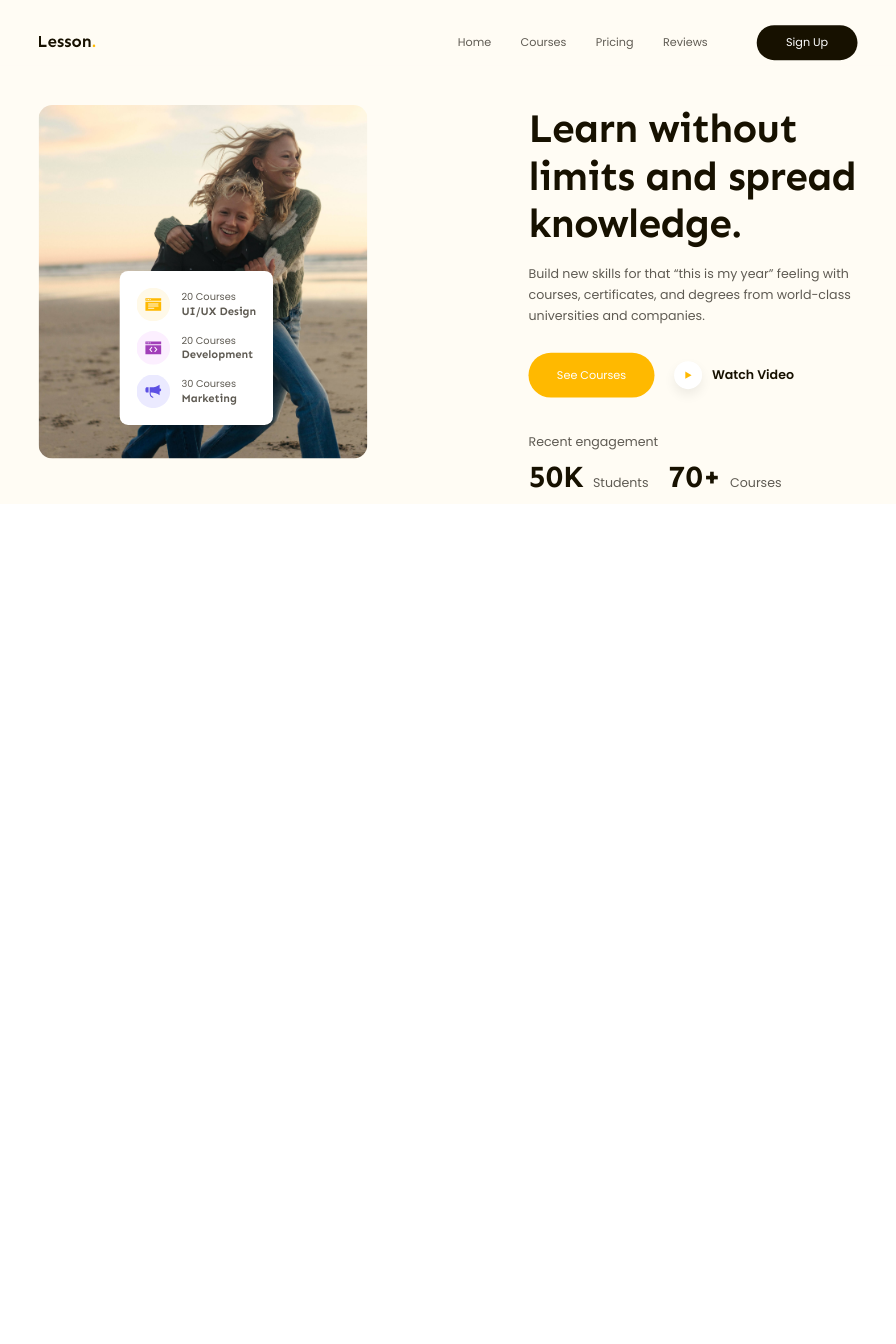
Repository: tinhtranjp/htmlcss-01
Page: index.html
These files come from the project's save history. The page is drawn as it stood at one moment and after the next save; the edit follows.
The browser window is 1280 px wide. The pictures show the part of the page from y = 0 to 1920 px (the page is 5000 px tall), at 70% of full size.

Above is the page before, as saved 2023-01-20 02:42:44.

After the next save:
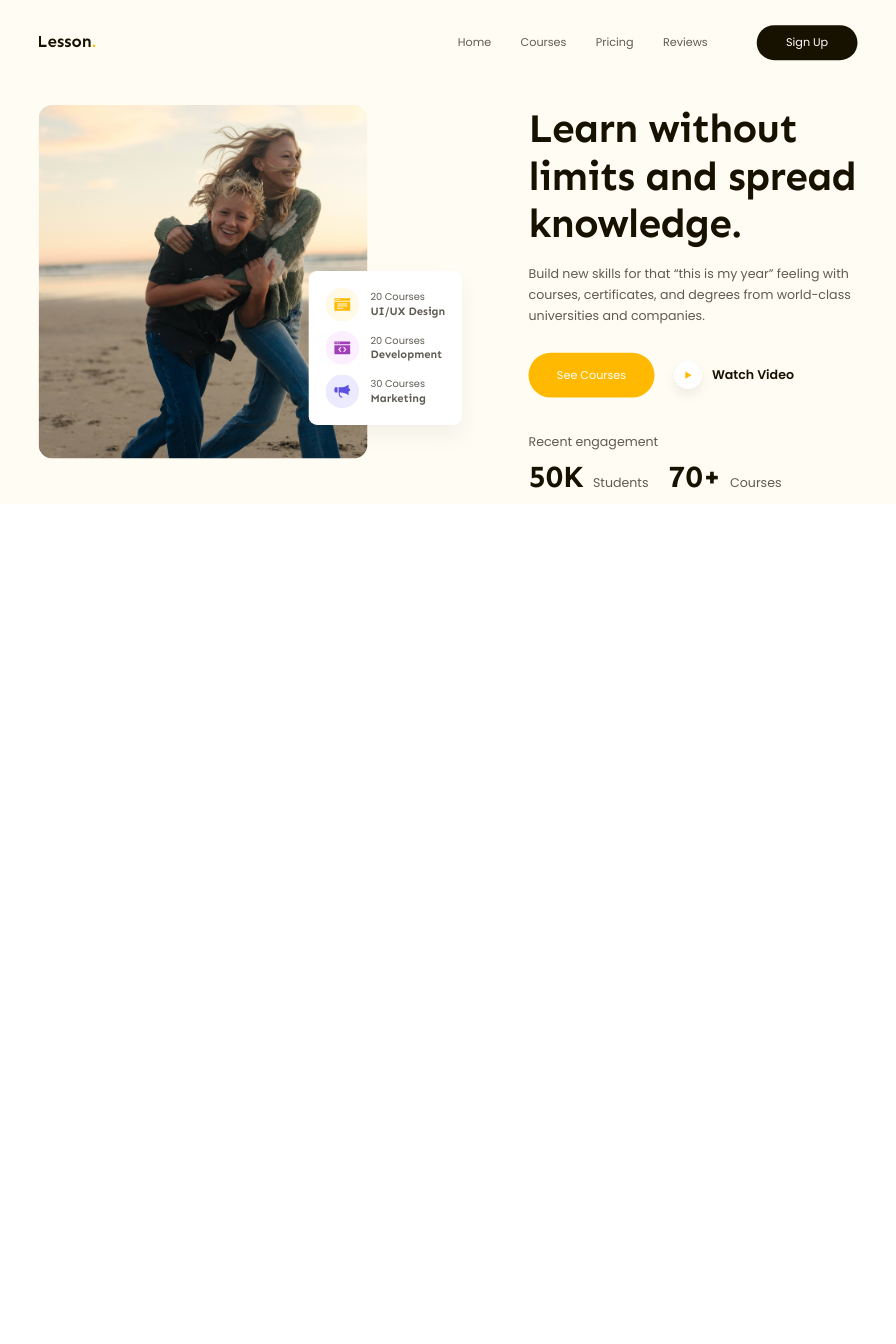
Saved 9 s later.
--- a/assets/css/styles.css
+++ b/assets/css/styles.css
@@ -100,7 +100,7 @@
   padding: 24px;
   border-radius: 12px;
   bottom: 48px;
-  right: 135px;
+  right: -135px;
   box-shadow: 0px 16px 32px rgba(0, 0, 0, 0.05);
 }
 

After the save that followed:
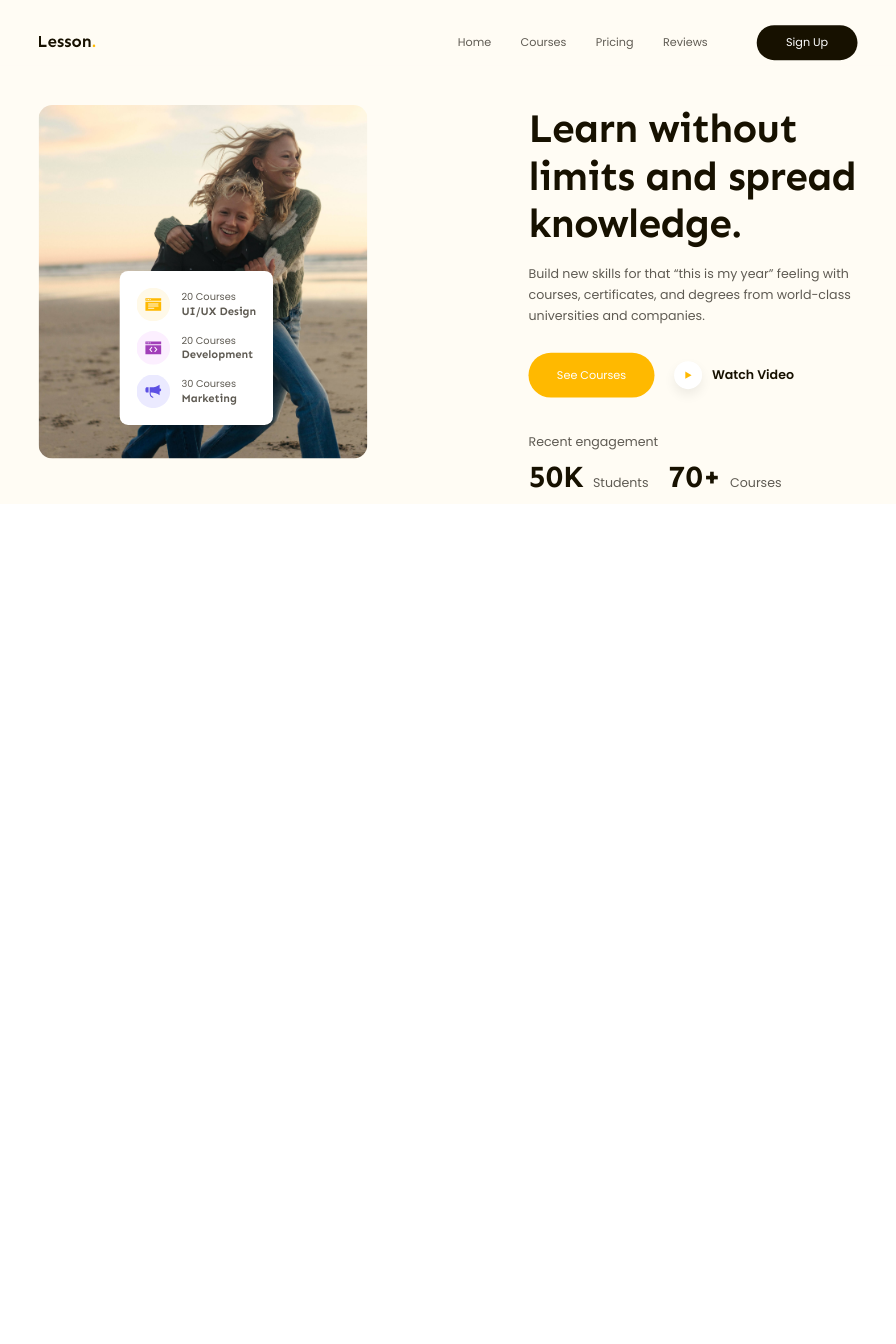
Saved 15 s later.
--- a/assets/css/styles.css
+++ b/assets/css/styles.css
@@ -100,7 +100,7 @@
   padding: 24px;
   border-radius: 12px;
   bottom: 48px;
-  right: -135px;
+  right: 135px;
   box-shadow: 0px 16px 32px rgba(0, 0, 0, 0.05);
 }
 
